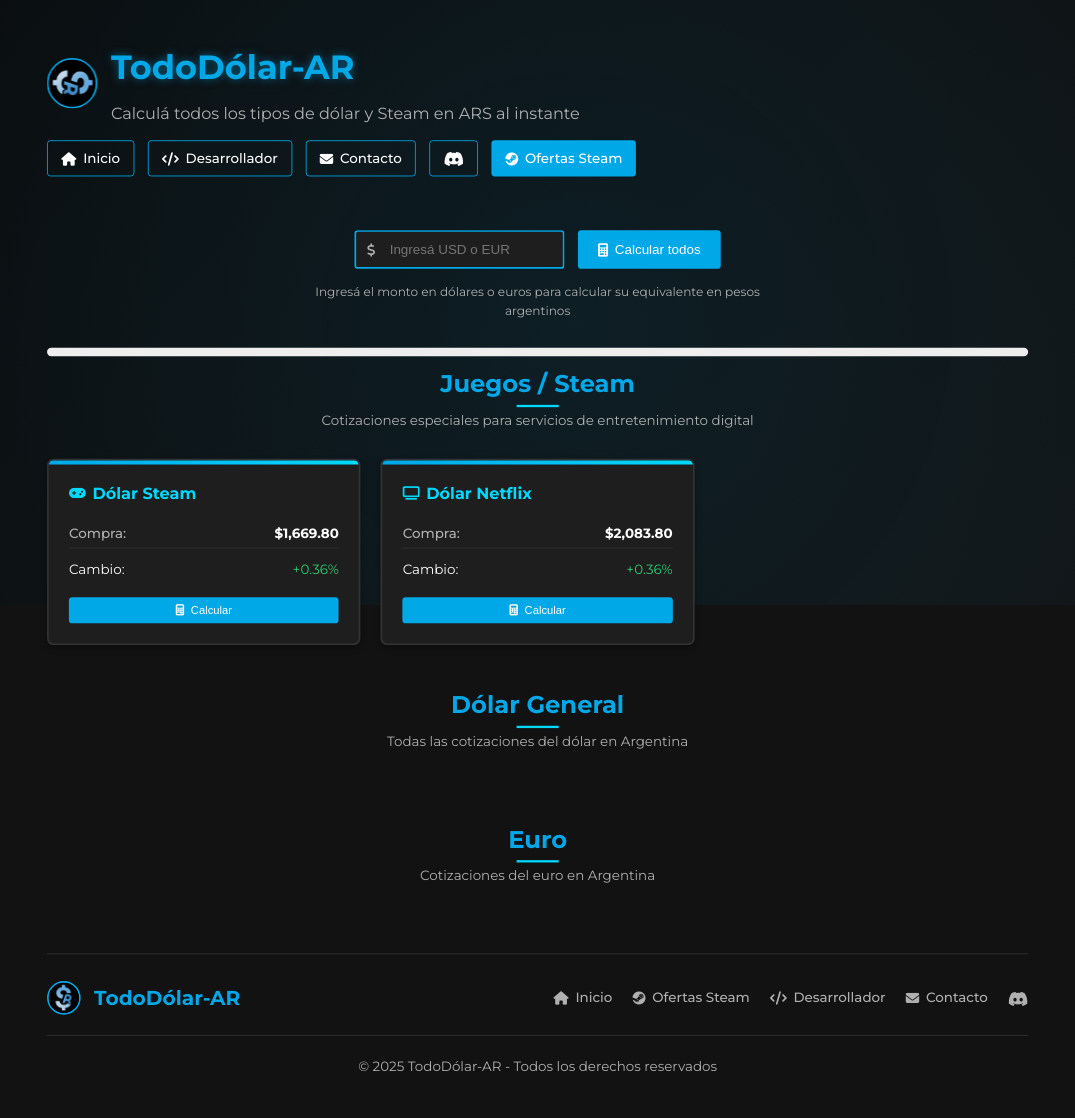
Repository: FabriDevelope/todod-lar-ar
Page: inicio/index.html
These files come from the project's save history. The page is drawn as it stood at one moment and after the next save; the edit follows.
The browser window is 1280 px wide. The pictures show the whole page, at 84% of full size.
The page's requests for data from a server got no answer.

Above is the page before, as saved 2025-09-06 22:42:35.

After the next save:
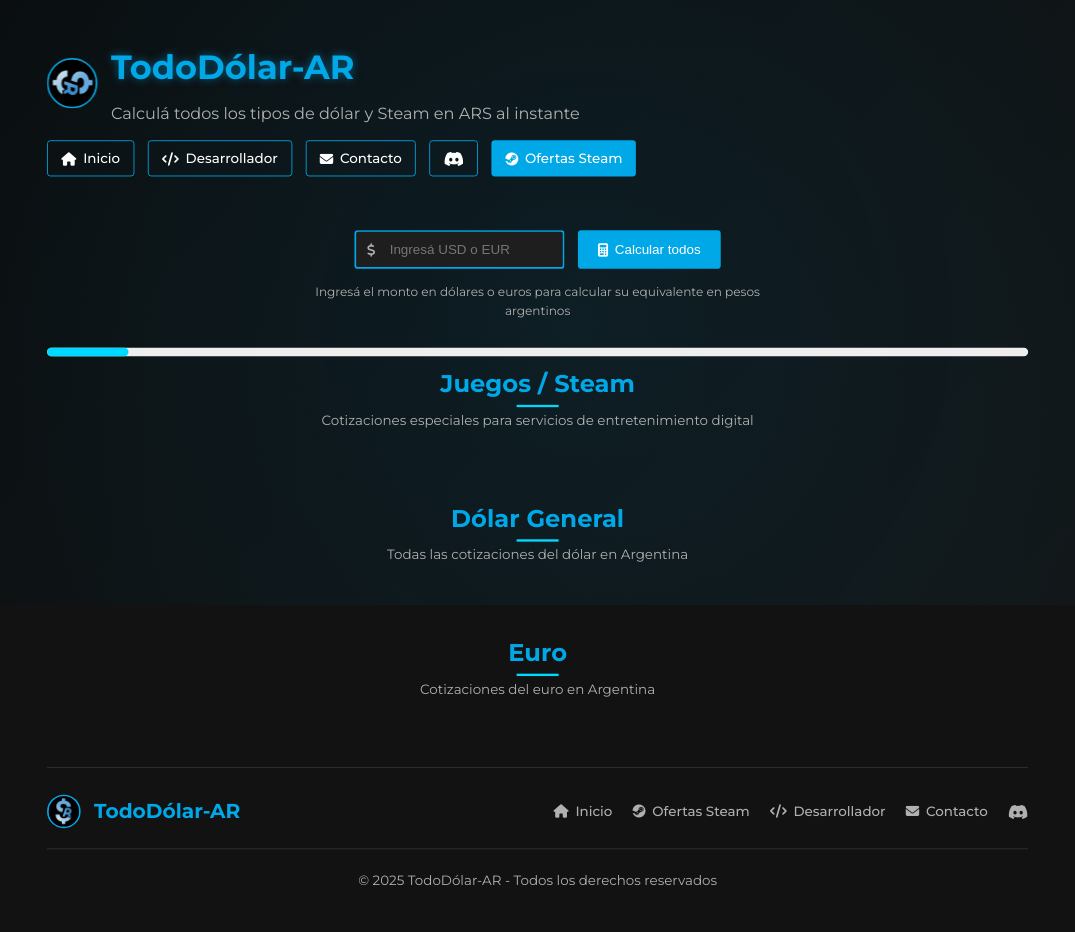
Saved 17 s later.
--- a/js/script.js
+++ b/js/script.js
@@ -177,7 +177,31 @@
         }catch(e){console.error('Error API:',e);}
     }
 
-    createCards();
+    const updateInterval = 60000; // 60 segundos
+let updateProgress = 0;
+
+function startUpdateBar() {
+    const bar = document.getElementById('update-bar');
+    const stepTime = 100; // cada 0.1 seg
+    const stepWidth = 100 / (updateInterval / stepTime);
+
+    if(window.updateBarTimer) clearInterval(window.updateBarTimer);
+
+    updateProgress = 0;
+    bar.style.width = '0%';
+
+    window.updateBarTimer = setInterval(() => {
+        updateProgress += stepWidth;
+        if(updateProgress >= 100) updateProgress = 100;
+        bar.style.width = `${updateProgress}%`;
+    }, stepTime);
+}
+
+// 🔹 Llamamos al inicio y cada vez que fetchCurrencyData corre
+startUpdateBar();
+setInterval(() => {
     fetchCurrencyData();
-    setInterval(fetchCurrencyData,60000);
+    startUpdateBar();
+}, updateInterval);
+
 });

After the save that followed:
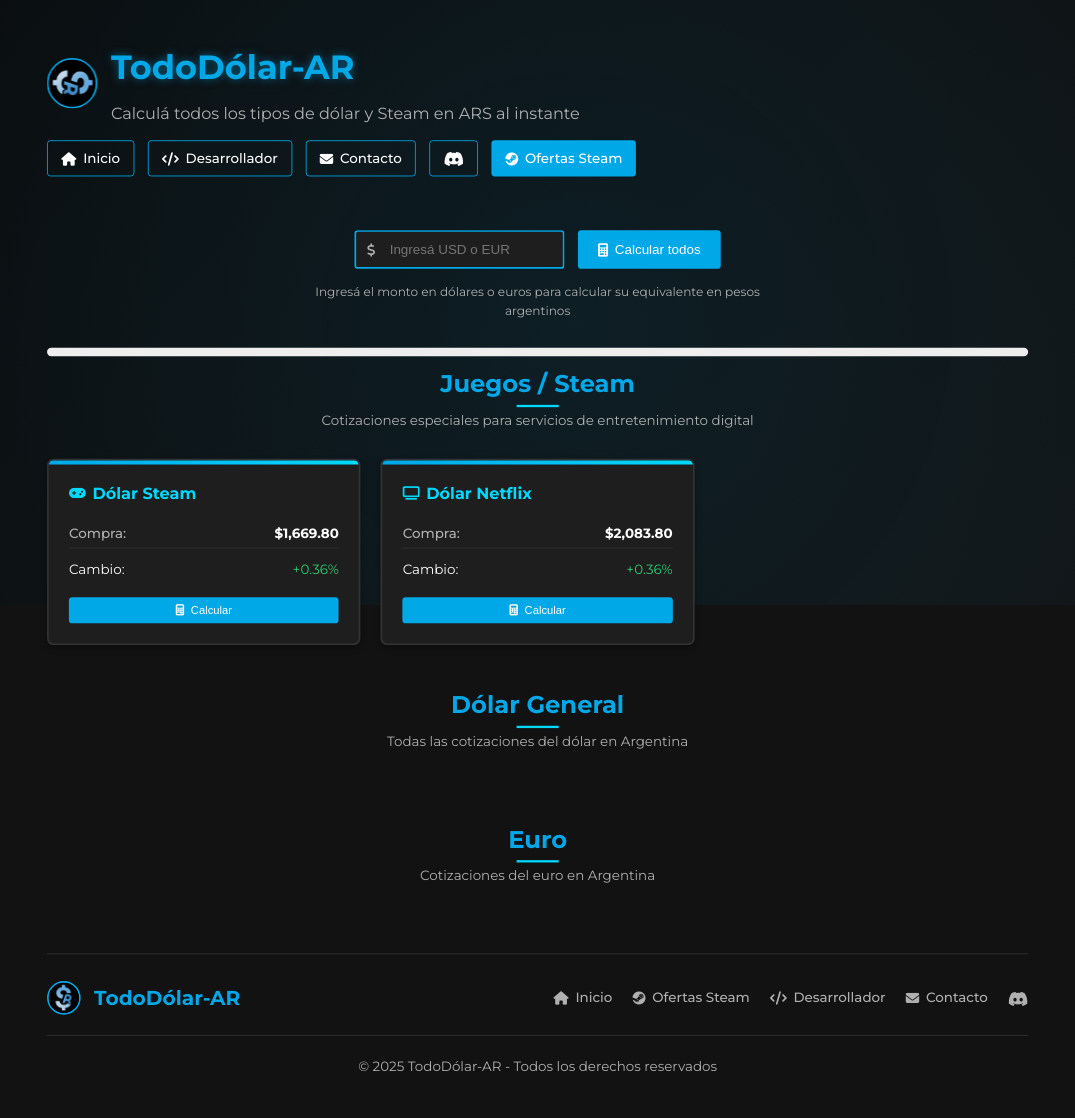
Saved 6 s later.
--- a/js/script.js
+++ b/js/script.js
@@ -177,31 +177,7 @@
         }catch(e){console.error('Error API:',e);}
     }
 
-    const updateInterval = 60000; // 60 segundos
-let updateProgress = 0;
-
-function startUpdateBar() {
-    const bar = document.getElementById('update-bar');
-    const stepTime = 100; // cada 0.1 seg
-    const stepWidth = 100 / (updateInterval / stepTime);
-
-    if(window.updateBarTimer) clearInterval(window.updateBarTimer);
-
-    updateProgress = 0;
-    bar.style.width = '0%';
-
-    window.updateBarTimer = setInterval(() => {
-        updateProgress += stepWidth;
-        if(updateProgress >= 100) updateProgress = 100;
-        bar.style.width = `${updateProgress}%`;
-    }, stepTime);
-}
-
-// 🔹 Llamamos al inicio y cada vez que fetchCurrencyData corre
-startUpdateBar();
-setInterval(() => {
+    createCards();
     fetchCurrencyData();
-    startUpdateBar();
-}, updateInterval);
-
+    setInterval(fetchCurrencyData,60000);
 });
